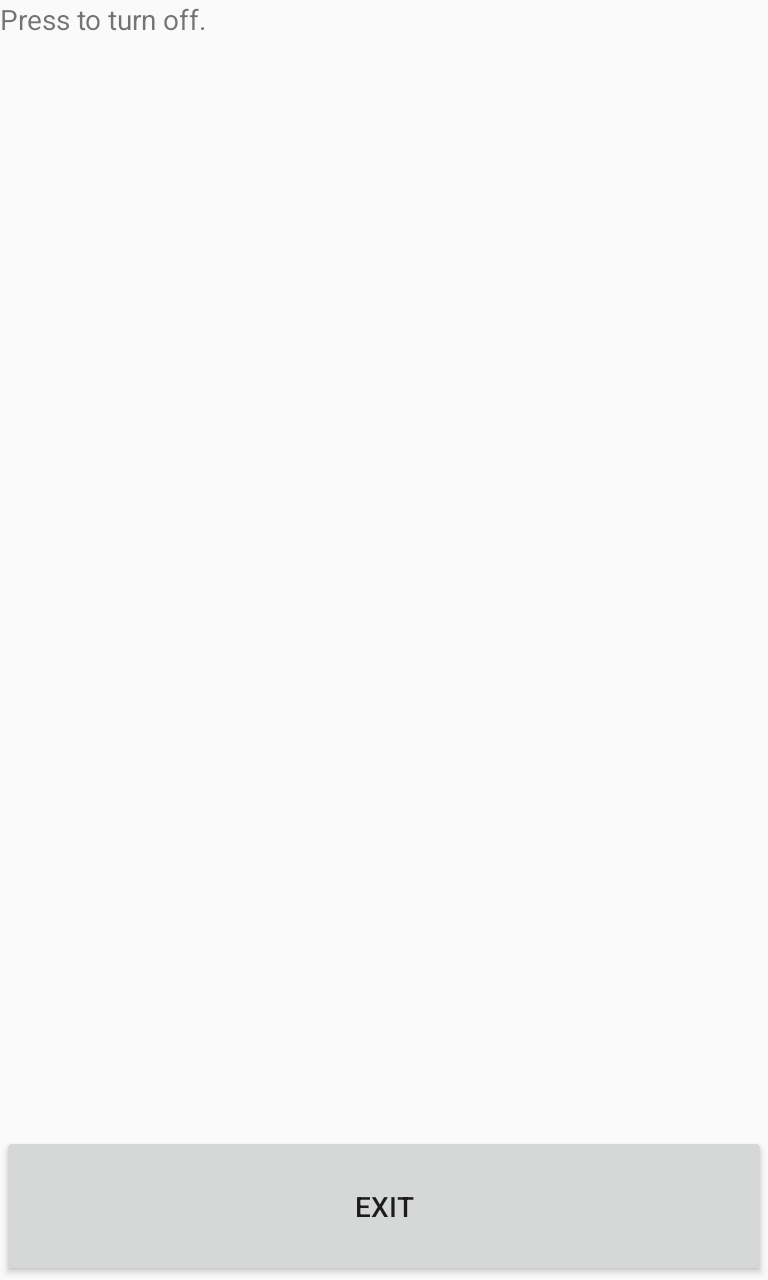
Repository: MiikaLumme/Projekti
Layout: RemoteLights/res/layout/activity_list.xml
An editor plug-in stored every save of this project. The layout is shown before and after the next save, followed by the edit.
It is drawn on a 768 x 1280 px phone screen (xhdpi) without system bars, with theme AppTheme; the app's code is not run. Lists and similar views that code fills are empty.

Above is the layout before, as saved 2014-07-10 09:00:32.

### RemoteLights/res/layout/activity_list.xml
<LinearLayout xmlns:android="http://schemas.android.com/apk/res/android"
    xmlns:tools="http://schemas.android.com/tools"
    android:id="@+id/LinearLayout1"
    android:layout_width="match_parent"
    android:layout_height="match_parent"
    android:orientation="vertical"
    tools:context="${packageName}.${activityClass}" >

    <TextView
        android:id="@+id/textView1"
        android:layout_width="match_parent"
        android:layout_height="22dp"
        android:text="@string/Info" />

    <ListView
        android:id="@+id/listView1"
        android:layout_width="wrap_content"
        android:layout_height="333dp"
        android:layout_weight="1.20" >
    </ListView>

    <Button
        android:id="@+id/exitButton"
        android:layout_width="match_parent"
        android:layout_height="74dp"
        android:text="@string/exitButton" />

</LinearLayout>

### RemoteLights/res/values/strings.xml
<?xml version="1.0" encoding="utf-8"?>
<resources>

    <string name="app_name">RemoteLights</string>
    <string name="title_activity_select_lights">SelectLightsActivity</string>
    <string name="hello_world">Hello world!</string>
    <string name="Start">startButton</string>
    <string name="startButton">Start</string>
    <string name="exitButton">Exit</string>
    <string name="title_activity_list">ListActivity</string>
    <string name="Info">Press to turn off.</string>

</resources>

Loaded but not shown: RemoteLights/res/values/styles.xml (common file); RemoteLights/res/values-v11/styles.xml (common file); RemoteLights/res/values-v14/styles.xml (common file)

After the next save:
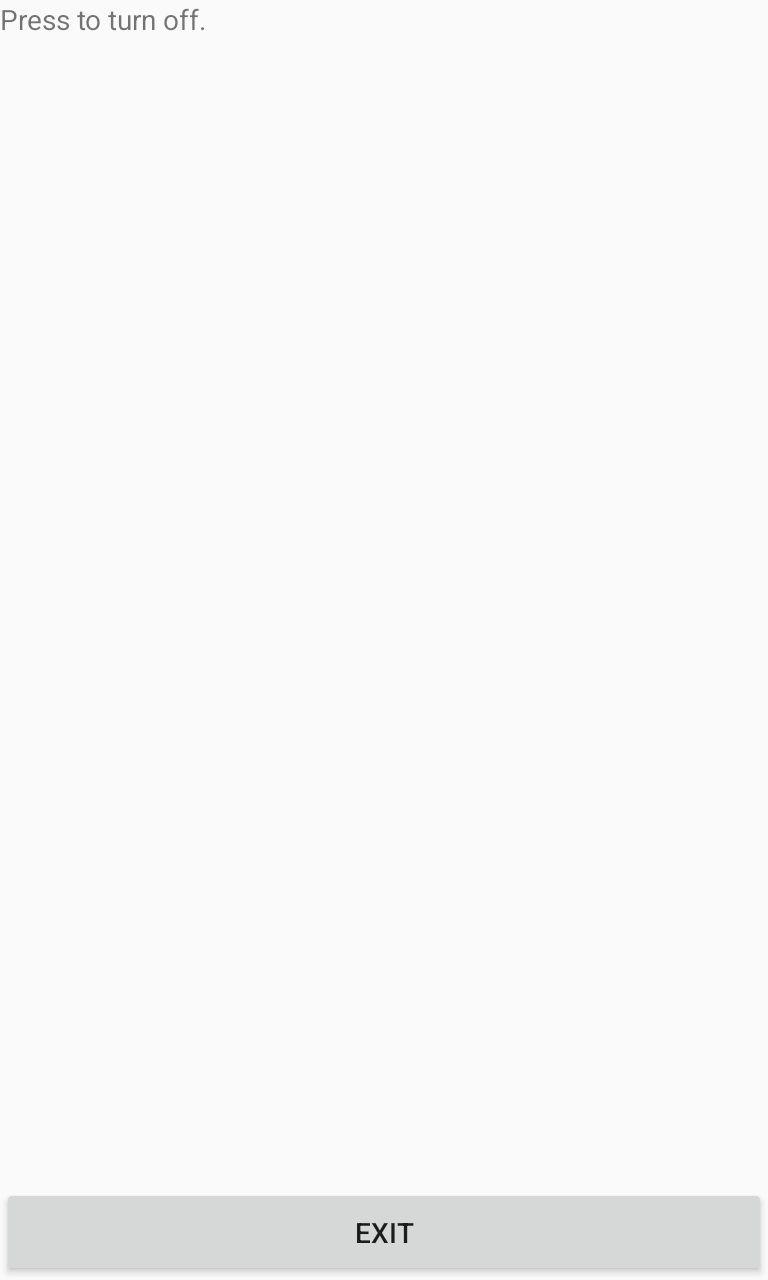
Saved 30 s later.
--- a/RemoteLights/res/layout/activity_list.xml
+++ b/RemoteLights/res/layout/activity_list.xml
@@ -9,20 +9,20 @@
     <TextView
         android:id="@+id/textView1"
         android:layout_width="match_parent"
-        android:layout_height="22dp"
+        android:layout_height="wrap_content"
         android:text="@string/Info" />
 
     <ListView
         android:id="@+id/listView1"
         android:layout_width="wrap_content"
-        android:layout_height="333dp"
+        android:layout_height="wrap_content"
         android:layout_weight="1.20" >
     </ListView>
 
     <Button
         android:id="@+id/exitButton"
         android:layout_width="match_parent"
-        android:layout_height="74dp"
+        android:layout_height="wrap_content"
         android:text="@string/exitButton" />
 
 </LinearLayout>
